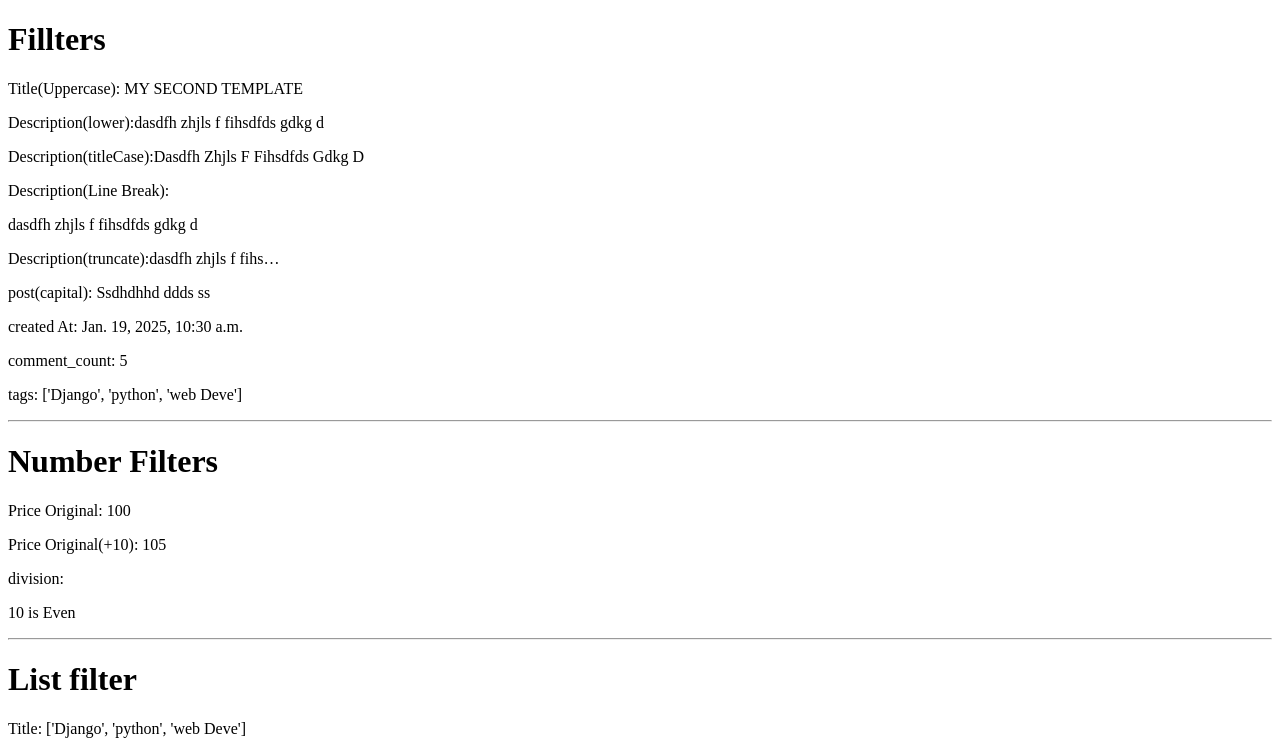
Repository: samratpoudel444/MVT-python
Page: http://localhost/home/
The author's editor kept a copy of each file at every save. The page is drawn from the files as they stood at one save, then again after the next save.
The browser window is 1280 px wide. The pictures show the whole page.
The page is served by the project's application, run on Django 5.2 (templatesFilters/manage.py). Other server files are loaded and not shown.

Above is the page before, as saved 2025-12-23 14:15:48.

### templatesFilters/blog/templates/blog/home.html
<!DOCTYPE html>
<html lang="en">
<head>
    <meta charset="UTF-8">
    <meta name="viewport" content="width=device-width, initial-scale=1.0">
    <title>Templates #2</title>
</head>
<body>
    <h1>Fillters</h1>
    <p>Title(Uppercase): {{post.title | upper}}</p>
    <p>Description(lower):{{post.description | lower}}</p>
    <p>Description(titleCase):{{post.description | title}}</p>
    <p>Description(Line Break):{{post.description | linebreaks}}</p>
    <p>Description(truncate):{{post.description | truncatechars:20}}</p>
    <p>post(capital): {{post.author | capfirst }}</p>
    <p>created At: {{post.created_at}}</p>
    <p>comment_count: {{post.comment_count}}</p>
    <p>tags: {{post.tags}}</p>

    <hr>

    <h1>Number Filters</h1>
    <p>Price Original: {{post.price}}</p>
    <p>Price Original(+10): {{post.price | add:5}}</p>
    <p>division:</p>
    {% if post.number|divisibleby:2 %}
    <p>{{post.number}} is Even</p>
    {% else %}
    <p>{{post.number}} is odd</p>
        {% endif %}
    <p></p>

    <hr>
    <h1>List filter</h1>
 <p>Title: {{post.tags}}</p>
</body>
</html>

### templatesFilters/blog/views.py
from django.shortcuts import render
from datetime import datetime
# Create your views here.
def blog_details(request):
    post={
        "title":"My second Template",
        "description":"dasdfh zhjls f fihsdfds  gdkg d",
        "author":"ssdhdhhd ddds ss",
        "created_at":datetime(2025,1,19,10,30),
        "comment_count":5,
        "tags":["Django","python","web Deve"],
        "price":100,
        "count":10,
        "number":10
    }
    return render(request, "blog/home.html", {"post":post})

### templatesFilters/templatesFilters/urls.py
"""
URL configuration for templatesFilters project.

The `urlpatterns` list routes URLs to views. For more information please see:
    https://docs.djangoproject.com/en/6.0/topics/http/urls/
Examples:
Function views
    1. Add an import:  from my_app import views
    2. Add a URL to urlpatterns:  path('', views.home, name='home')
Class-based views
    1. Add an import:  from other_app.views import Home
    2. Add a URL to urlpatterns:  path('', Home.as_view(), name='home')
Including another URLconf
    1. Import the include() function: from django.urls import include, path
    2. Add a URL to urlpatterns:  path('blog/', include('blog.urls'))
"""
from django.contrib import admin
from django.urls import path, include

urlpatterns = [
    path('admin/', admin.site.urls),
    path('', include("blog.urls"))
]

### templatesFilters/blog/urls.py
from django.urls import path
from . import views
urlpatterns=[
    path('home/', views.blog_details , name="test")
]

After the next save:
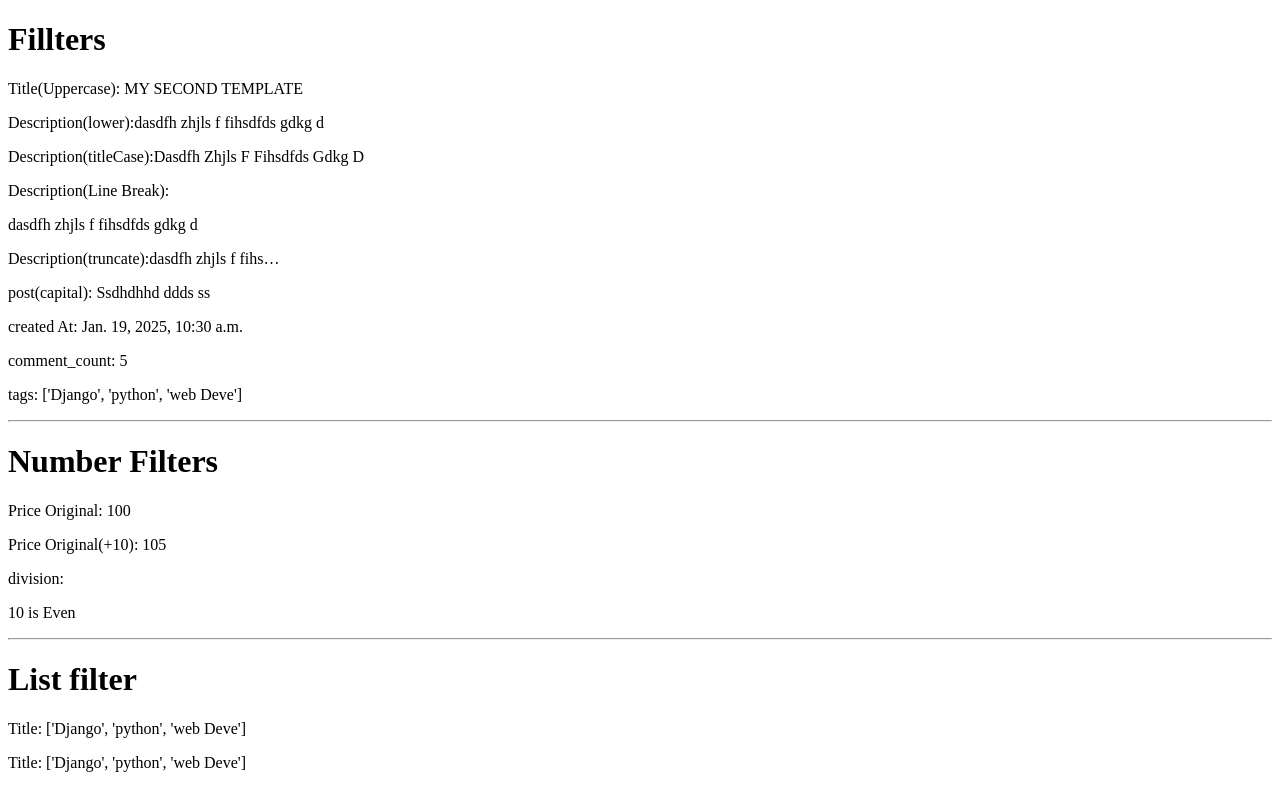
Saved 11 s later.
--- a/templatesFilters/blog/templates/blog/home.html
+++ b/templatesFilters/blog/templates/blog/home.html
@@ -33,5 +33,6 @@
     <hr>
     <h1>List filter</h1>
  <p>Title: {{post.tags}}</p>
+ <p>Title: {{post.tags}}</p>
 </body>
 </html>
